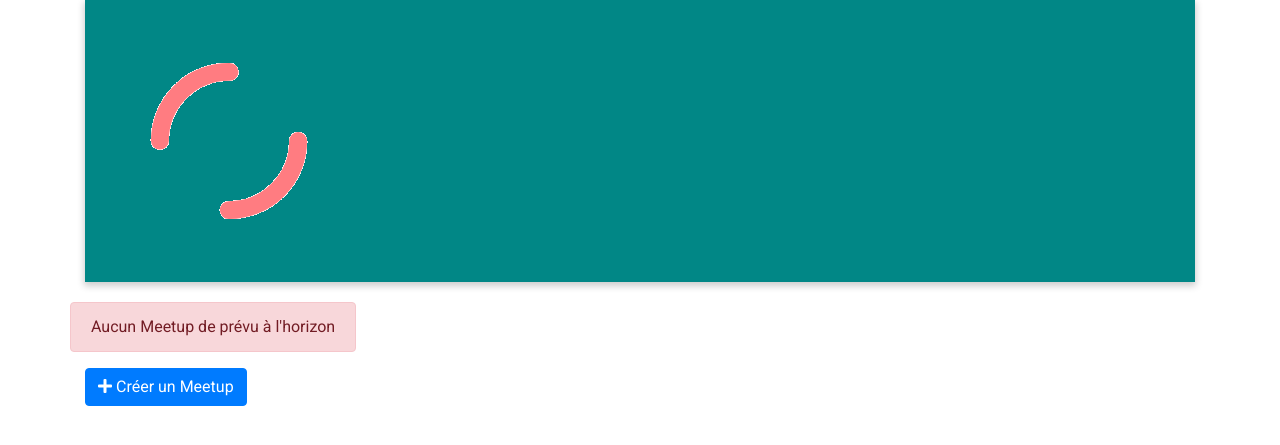
Repository: Symfomany/backandfront
Page: / (app in front/)
An editor plug-in stored every save of this project. The page is shown before and after the next save, followed by the edit.
The browser window is 1280 px wide. The pictures show the whole page.
The page's requests for data from a server got no answer. Some web libraries are served in a nearby version. The project was rebuilt for these pictures with package versions that can differ from the ones it lists, and the page was loaded fresh each time. No one was signed in, and anything a server would have sent is missing. Also part of the build but not shown: front/src/Meetup.css, front/src/Meetup.js, front/src/Liste.css, front/src/FormMeetup.js, front/src/App.css.

Above is the page before, as saved 2018-05-28 20:34:31.

### front/public/index.html
<!DOCTYPE html>
<html lang="en">

<head>
  <meta charset="utf-8">
  <meta name="viewport" content="width=device-width, initial-scale=1, shrink-to-fit=no">
  <meta name="theme-color" content="#000000">
  <!--
      manifest.json provides metadata used when your web app is added to the
      homescreen on Android. See https://developers.google.com/web/fundamentals/engage-and-retain/web-app-manifest/
    -->
  <link rel="manifest" href="%PUBLIC_URL%/manifest.json">
  <link rel="shortcut icon" href="%PUBLIC_URL%/favicon.ico">
  <!--
      Notice the use of %PUBLIC_URL% in the tags above.
      It will be replaced with the URL of the `public` folder during the build.
      Only files inside the `public` folder can be referenced from the HTML.

      Unlike "/favicon.ico" or "favicon.ico", "%PUBLIC_URL%/favicon.ico" will
      work correctly both with client-side routing and a non-root public URL.
      Learn how to configure a non-root public URL by running `npm run build`.
    -->
  <title>React App</title>
  <link rel="stylesheet" href="https://use.fontawesome.com/releases/v5.0.13/css/all.css" />
  <link href="https://fonts.googleapis.com/css?family=Roboto:100,300,400,500,700,700i,900i" rel="stylesheet">



</head>

<body>
  <noscript>
    You need to enable JavaScript to run this app.
  </noscript>
  <div id="root"></div>
  <!--
      This HTML file is a template.
      If you open it directly in the browser, you will see an empty page.

      You can add webfonts, meta tags, or analytics to this file.
      The build step will place the bundled scripts into the <body> tag.

      To begin the development, run `npm start` or `yarn start`.
      To create a production bundle, use `npm run build` or `yarn build`.
    -->
</body>

</html>

### front/src/index.js
import React from "react";
import ReactDOM from "react-dom";
import App from "./App";
import registerServiceWorker from "./registerServiceWorker";
import "./index.css";
import "bootstrap/dist/css/bootstrap.min.css";
import { BrowserRouter } from "react-router-dom";

ReactDOM.render(
  <BrowserRouter>
    <App />
  </BrowserRouter>,
  document.getElementById("root")
);
registerServiceWorker();

### front/src/App.js
import React, { Component } from "react";
import Liste from "./Liste";
import FormMeetup from "./FormMeetup";
import Navbar from "./Navbar";
import ajax from "./config"; // configuration of Ajax
import { Route } from "react-router-dom";
import "./App.css";
/**
 * Class App
 */
class App extends Component {
  /**
   * Constructor
   */
  constructor(props) {
    super(props);
    this.state = {
      meetups: []
    };
    this.refresh = this.refresh.bind(this);
  }

  /**
   * Fetch api
   * Une fois que le composant est monté
   */
  componentDidMount() {
    ajax.get("/liste").then(res => this.setState({ meetups: res.data }));
  }

  /**
   * Refresh all meetups after actions
   */
  refresh(meetups) {
    this.setState({
      meetups
    });
  }

  /**
   * Render App
   */
  render() {
    /**
     * Syntaxe Fonctionnelle d'un composant
     * Différent rendus de composant avec props
     * (HOC simple)
     */
    const MyListe = props => {
      return (
        <Liste refresh={this.refresh} meetups={this.state.meetups} {...props} />
      );
    };
    const MeetupForm = props => {
      return <FormMeetup refresh={this.refresh} {...props} />;
    };

    return (
      <div className="container">
        <Navbar />

        {/* Declarations of Routes  --> */}

        <Route exact path="/" render={MyListe} />
        <Route path="/create" render={MeetupForm} />
        <Route path="/update/:id" render={MeetupForm} />
      </div>
    );
  }
}

export default App;

### front/src/index.css
body {
  font-family: "Roboto", sans-serif !important;
}

### front/src/Liste.js
import React, { Component } from "react";
import ajax from "./config";
import Meetup from "./Meetup";
import "./Liste.css";
import { Link } from "react-router-dom";

class Liste extends Component {
  constructor(props) {
    super(props);
    this.state = {};
    this.remove = this.remove.bind(this);
  }

  update(meetup) {
    this.props.history.push({
      pathname: "/create",
      update: true,
      state: { meetup }
    });
  }

  remove(meetup) {
    ajax
      .get(`/remove/${meetup.id}`)
      .then(response => {
        this.props.refresh(response.data);
      })
      .catch(e => alert("Erreur, veuillez réessayer plus tard"));
  }

  render() {
    return (
      <div>
        <div className="row">
          {this.props.meetups.length === 0 && (
            <div className="alert alert-danger">
              Aucun Meetup de prévu à l'horizon
            </div>
          )}
          {this.props.meetups.length > 0 &&
            this.props.meetups.map(meetup => (
              <Meetup remove={this.remove} meetup={meetup} key={meetup.id} />
            ))}
        </div>
        <Link to="/create" className="btn btn-primary">
          <i className="fa fa-plus" /> Créer un Meetup
        </Link>
      </div>
    );
  }
}

export default Liste;

### front/src/Navbar.js
import React, { Component } from "react";
import Profil from "./Profil";
import "./Navbar.css";
class Navbar extends Component {
  constructor(props) {
    super(props);
    this.state = {};
  }
  render() {
    return (
      <nav className="navbar ">
        <a className="navbar-brand" href="#">
          <Profil />
        </a>
      </nav>
    );
  }
}

export default Navbar;

### front/src/config.js
import axios from "axios";

const ajax = axios.create({
  baseURL: "http://localhost:4000/api",
  timeout: 10000
});

export default ajax;

### front/src/Profil.js
import React, { Component } from "react";
import ajax from "./config";
import Loader from "./Loader";

class Profil extends Component {
  /**
 * Init
 */
  constructor(props) {
    super(props);
    this.state = {
      profil: {}
    };
  }

  /**
     * fetch api
     */
  componentDidMount() {
    ajax.get("/").then(res => this.setState({ profil: res.data }));
    ajax.get("/liste").then(res => this.setState({ meetups: res.data }));
  }

  /**
   *
   */
  render() {
    return this.state.profil.username ? (
      <h4>Bonjour {this.state.profil.username}</h4>
    ) : (
      <Loader />
    );
  }
}

export default Profil;

### front/src/Navbar.css
nav.navbar {
  margin-bottom: 20px;
  box-shadow: 0px 3px 7px 1px rgba(0, 0, 0, 0.2);
  background-color: #018786;
}
nav.navbar a {
  color: white;
}

### front/src/Loader.js
import React, { Component } from "react";

import loader from "./loader.gif";

class Loader extends Component {
  constructor(props) {
    super(props);
    this.state = {};
  }
  render() {
    return <img src={loader} />;
  }
}

export default Loader;

Loaded but not shown: front/src/registerServiceWorker.js (common file)

After the next save:
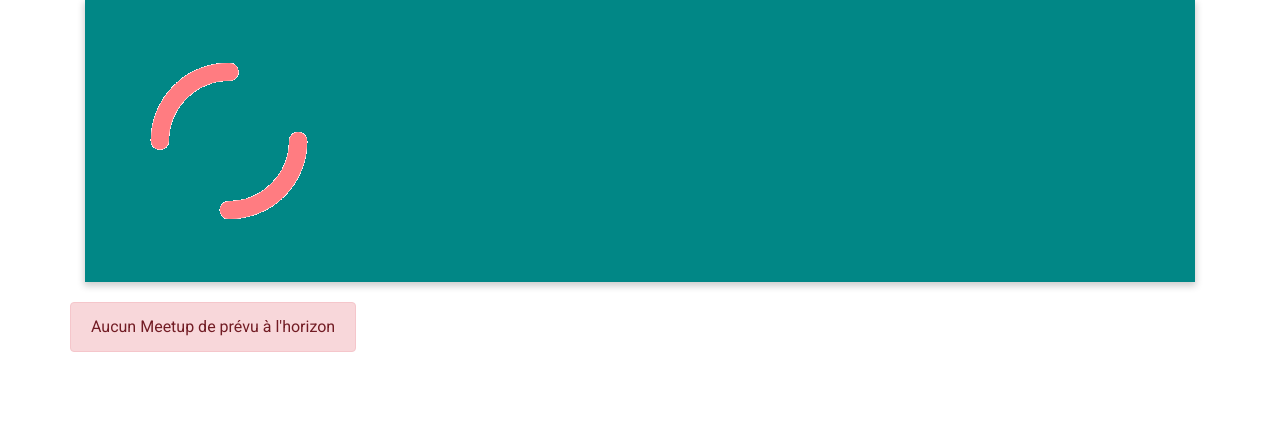
Saved 23 s later.
--- a/front/src/Liste.js
+++ b/front/src/Liste.js
@@ -42,9 +42,6 @@
               <Meetup remove={this.remove} meetup={meetup} key={meetup.id} />
             ))}
         </div>
-        <Link to="/create" className="btn btn-primary">
-          <i className="fa fa-plus" /> Créer un Meetup
-        </Link>
       </div>
     );
   }
